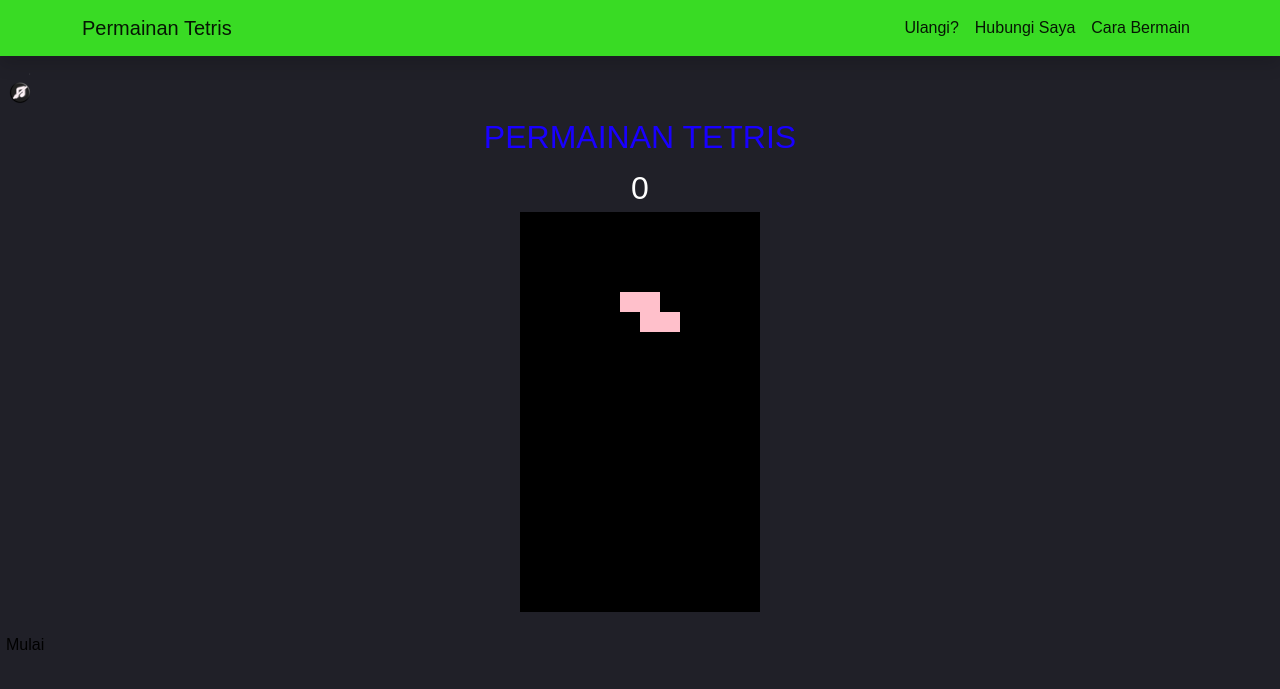
Repository: GwendiWisnuAnggoro/GwendiWisnuAnggoro.github.io
Page: Bahasa Indonesia/game/Tetris/tetris.html
An editor plug-in stored every save of this project. The page is shown before and after a run of saves, followed by the edit.
The browser window is 1280 px wide. The pictures show the whole page.

Above is the page before, as saved 2023-02-07 17:36:20.

After the next 2 saves:
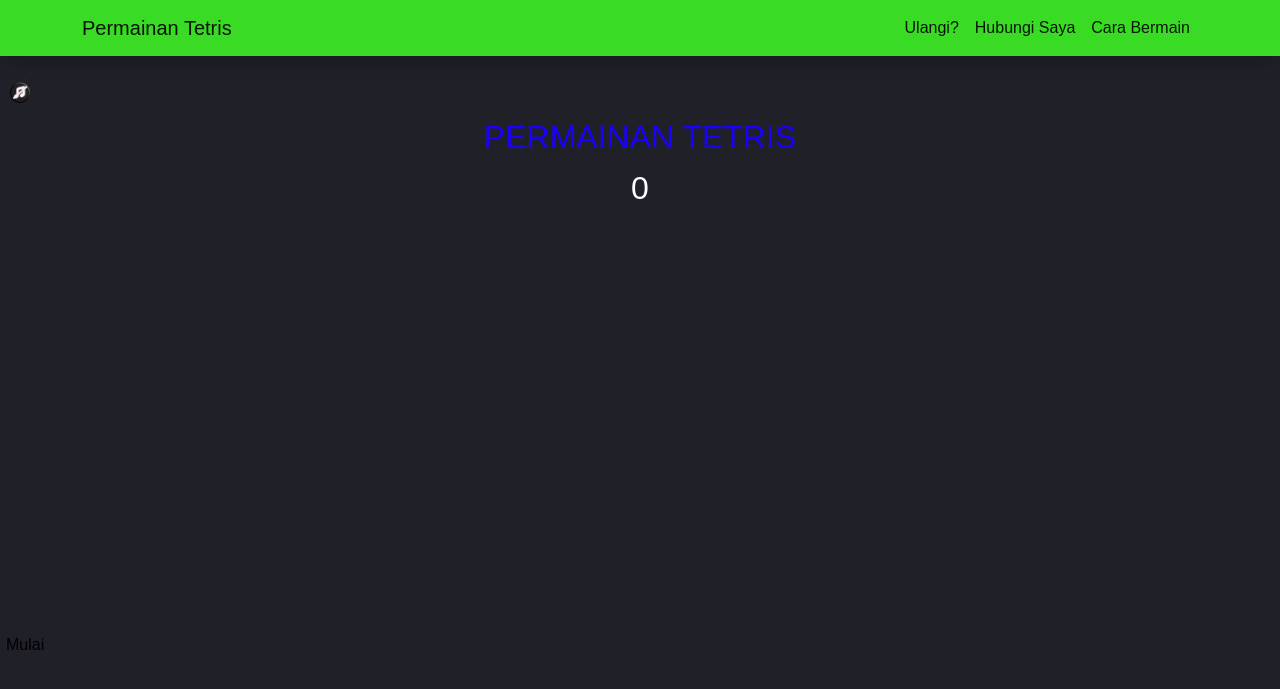
The 2 saves are shown as one change because they came seconds apart.
The last was saved 93 s later.
--- a/Bahasa Indonesia/game/Tetris/tetris.js
+++ b/Bahasa Indonesia/game/Tetris/tetris.js
@@ -304,9 +304,9 @@
 
 // document.getElementById("Mulai").addEventListener("click", ()=>{
 // })
-playerReset();
+// playerReset();
 updateScore();
-update();
+// update();
 
 
 

After the save that followed:
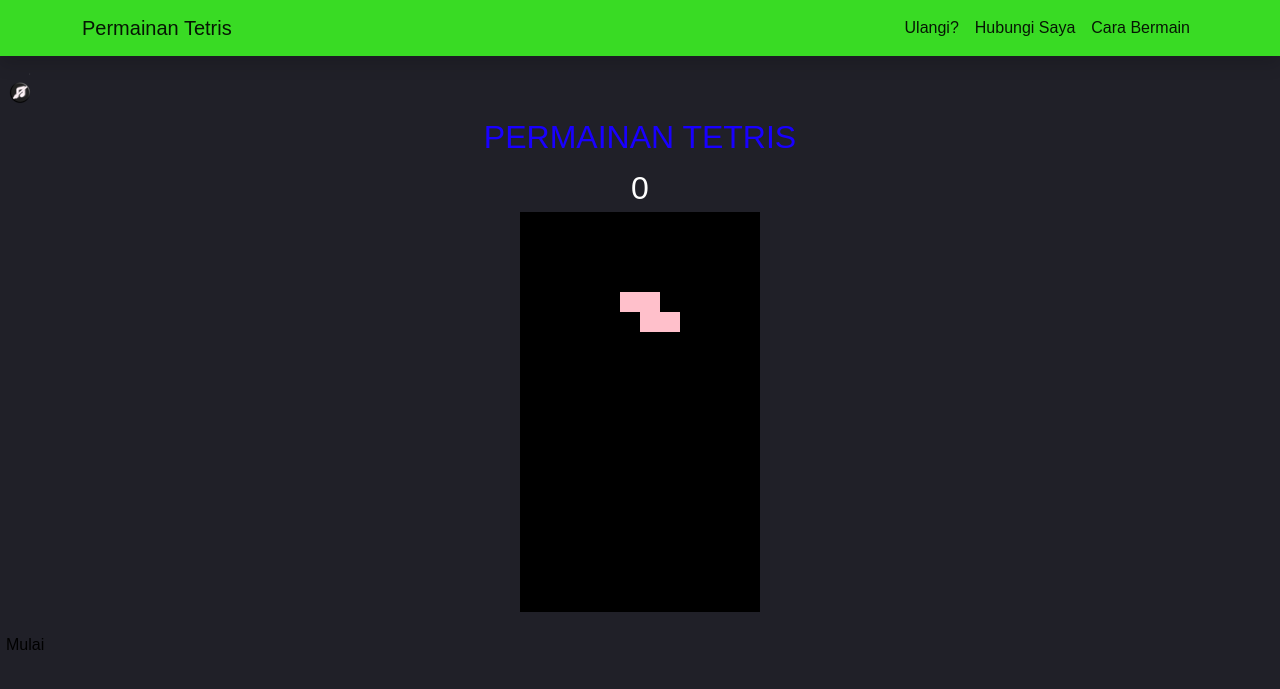
Saved 7 s later.
--- a/Bahasa Indonesia/game/Tetris/tetris.js
+++ b/Bahasa Indonesia/game/Tetris/tetris.js
@@ -304,9 +304,9 @@
 
 // document.getElementById("Mulai").addEventListener("click", ()=>{
 // })
-// playerReset();
+playerReset();
 updateScore();
-// update();
+update();
 
 
 
